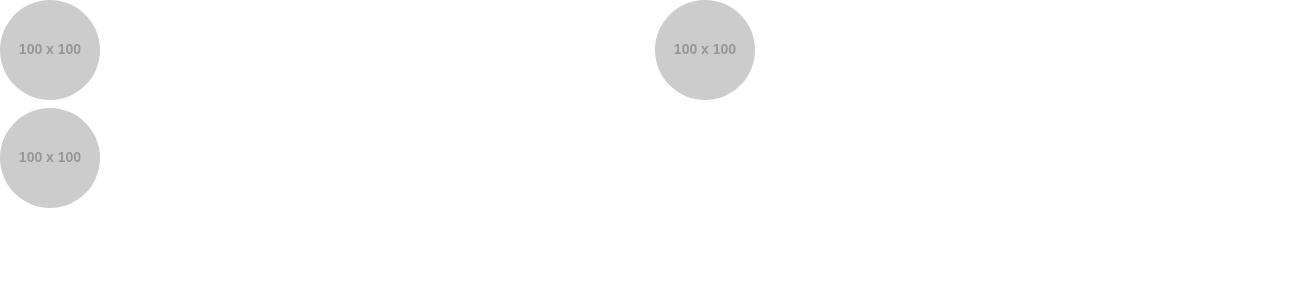
Repository: rsusolutions/RSU-Website
Page: quiz/index.html
An editor plug-in stored every save of this project. The page is shown before and after the next save, followed by the edit.
The browser window is 1280 px wide. The page is 1295 px wide, so the pictures cover 1295 px, including what lies to the right of the window. The pictures show the whole page.
Some web libraries are served in a nearby version.

Above is the page before, as saved 2020-04-21 17:48:21.

After the next save:
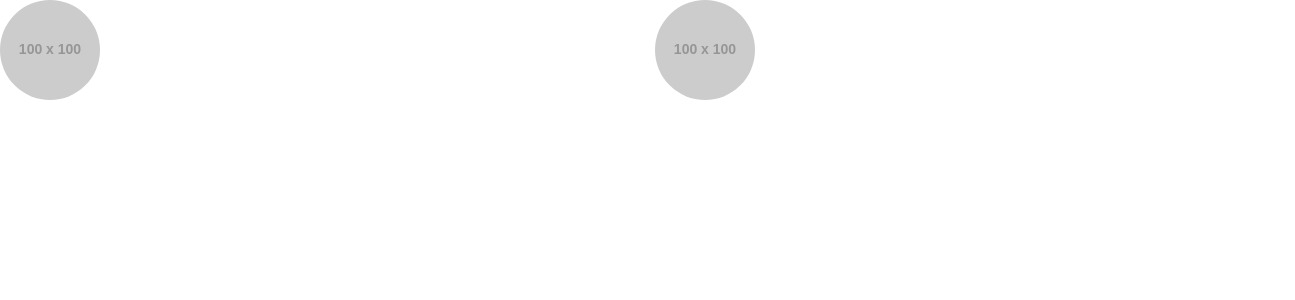
Saved 4 s later.
--- a/quiz/index.html
+++ b/quiz/index.html
@@ -23,7 +23,7 @@
             </div>
         </div>
 
-        <img class="rounded-circle mb-2" alt="100x100" src="https://placehold.it/100x100" data-holder-rendered="true">
+
     </section>
     <!-- Optional JavaScript -->
     <!-- jQuery first, then Popper.js, then Bootstrap JS -->
